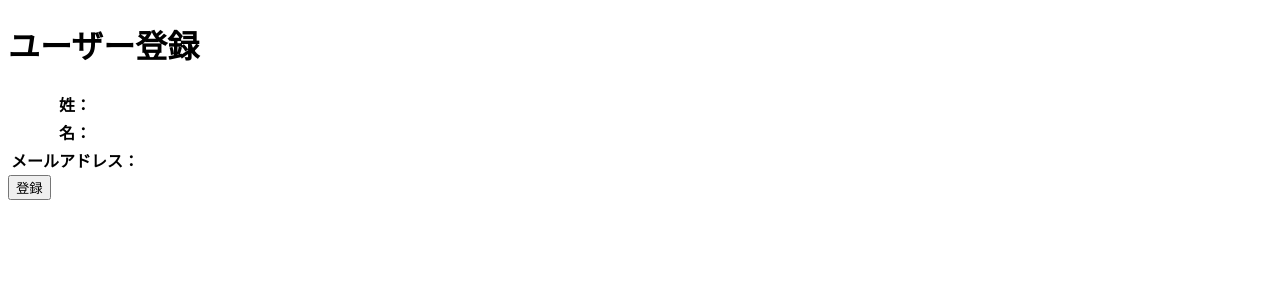
Repository: yoshiryoryo/phpform
Page: http://localhost/register.php
The author's editor kept a copy of each file at every save. The page is drawn from the files as they stood at one save, then again after the next save.
The browser window is 1280 px wide. The pictures show the whole page.
The page is run by PHP 8.4 with error messages shown; the project is at /var/www/html/.

Above is the page before, as saved 2021-02-24 09:56:04.

### register.php
<!DOCTYPE html>
<html lang="en">

<head>
    <meta charset="UTF-8">
    <meta http-equiv="X-UA-Compatible" content="IE=edge">
    <meta name="viewport" content="width=device-width, initial-scale=1.0">
    <title>フォーム</title>
</head>

<body>
    <h1>ユーザー登録</h1>
    <form name="form1" method="post" action="confirm.php">
        <table>
            <tr>
                <th>姓：</th>
                <td><?php $name_1; ?></td>
            </tr>
            <tr>
                <th>名：</th>
                <td><?php $name_2; ?></td>
            </tr>
            <tr>
                <th>メールアドレス：</th>
                <td><?php $email; ?></td>
            </tr>
        </table>
        <input id="send" type="submit" value="登録">
    </form>
</body>

</html>

After the next save:
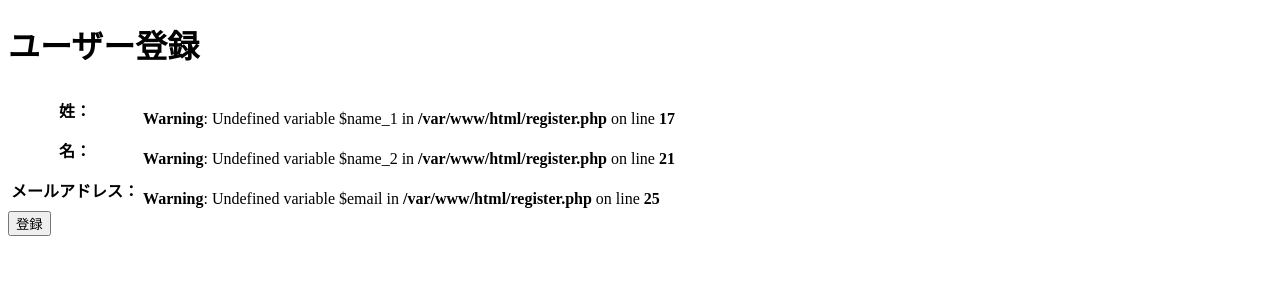
Saved 56 s later.
--- a/register.php
+++ b/register.php
@@ -14,15 +14,15 @@
         <table>
             <tr>
                 <th>姓：</th>
-                <td><?php $name_1; ?></td>
+                <td><?php echo $name_1; ?></td>
             </tr>
             <tr>
                 <th>名：</th>
-                <td><?php $name_2; ?></td>
+                <td><?php echo $name_2; ?></td>
             </tr>
             <tr>
                 <th>メールアドレス：</th>
-                <td><?php $email; ?></td>
+                <td><?php echo $email; ?></td>
             </tr>
         </table>
         <input id="send" type="submit" value="登録">
